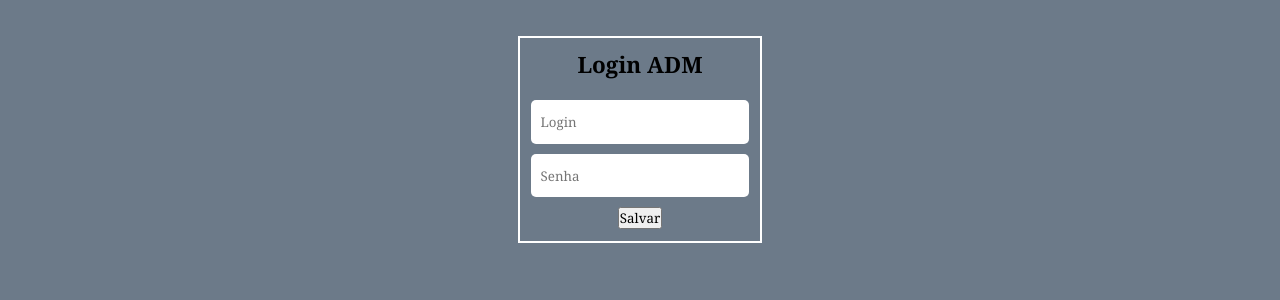
Repository: ArthurKJun/ProjetoCantinaEclipse
Page: http://localhost/arsan/loginAdministrador.jsp
These files come from the project's save history. The page is drawn as it stood at one moment and after the next save; the edit follows.
The browser window is 1280 px wide. The pictures show the whole page.
The page is served by Tomcat 9. Other server files are loaded and not shown.

Above is the page before, as saved 2023-11-03 23:39:42.

### arsan/src/main/webapp/loginAdministrador.jsp
<%@ page language="java" contentType="text/html; charset=ISO-8859-1"
	pageEncoding="ISO-8859-1"%>
<!DOCTYPE html>
<html>
<head>

<meta charset="ISO-8859-1">

<link rel="stylesheet" href="./Estilos/style.css">

<title>Arsan Food Management</title>

</head>
<body>

	<div class="container-geral">


		<div id="form-container">

			<div id="form-inner">

				<form action="validarUsuarioAdmin.jsp" method="POST" id="register-form">
					<h3>Login ADM</h3>
					<div id="name-container">

						<input type="text" name="nome" id="nome" placeholder="Login">

					</div>

					<input type="password" name="senha" id="senha" placeholder="Senha">

                    <button  class="soButton" onclick="Validar()">Salvar</button>

				</form>

			</div>

		</div>
	</div>

	<script>

    function logar(){
    	event.preventDefault();

    	let login = document.getElementById('login')
    	if(login.value == ''){
    		alert('Informe o login')
    		login.focus()
    		return
    	}

    	let senha = document.getElementById('senha')
    	if(senha.value == ''){
    		alert('Informe a senha')
    		senha.focus()
    		return
    	}
    	document.getElementsByTagName('form')[0].submit()
    }

    </script>

</body>
</html>

### arsan/src/main/webapp/Estilos/style.css
*{
    margin: 0;
    padding: 0;
    box-sizing: border-box;
    font-family: Georgia;

}

body{
    display: flex;
    flex-wrap: wrap;
}

.container-geral{

    width: 100vw;
    height: 100vh;
    background: #6c7a89;
    display: flex;
    flex-direction: row;
    justify-content: center;
    align-items: center;

}
.logo-container{

    display: flex;
    position: absolute;
    top: 40%;
    flex-direction: column;
}

.logo-container img{
    padding: 1rem;
    border-radius: 50%;
    height: 400px;
}

#form-container{
    display: flex;
    position: absolute;
    flex-direction: column;
    flex-wrap: wrap;
    top: 5%;
}

#register-form{

    border: 2px solid white;
    padding: .7rem;
    align-items: center;
    display: flex;
    flex-direction: column;
    font-size: larger;
}

#register-form h3{
    margin-bottom: 20px;
}

#register-form input{

    padding: 0.8rem 0.6rem;
    border: none;
    border-radius: 5px;
    margin-bottom: 10px;
}


#register-form input[type="submit"]{
    background-color: transparent;
    color: #fff;
    border: 2px solid #fff;
    font-size: 1.1rem;
    font-weight: bold;
    cursor: pointer;
    transition: .4s;
}

#register-form input[type="submit"]:hover{
    background-color: #fff;
    color: black;
}

/*---------------------------------------------------------*/
/* tela de entrada */

h1{
    background-color: #6c7a89;
    width: 100%;
    text-align: center;
    font-size: 50px;
    color: rgb(204, 198, 198);
}

.container-porta-cards{

    background-color: #475061;
    display: flex;
    width: 535px;
    height: 550px;
    border: 2px solid white;
    flex-wrap: wrap;
    align-items: center;
    padding: 1rem;
    margin-top: 2rem;

}

.card{

    background-color: #9ca5af;
    display: flex;
    padding: .5rem;
    margin: .5rem;
    width: 150px;
    height: 150px;
    border: 2px solid white;
    flex-direction: column;
    text-align: center;
    align-items: center;
    transition: .4s;

}

.container-porta-cards-2 :active{
    background-color: aqua;
}



.container-porta-cards :hover{

    background-color: #6c7a89;
    cursor: pointer;
}

.card img{

    margin-top: 10px;
    width: 100px;
    height: 100px;
    border-radius: 20%;
    transition: .4s;
}

#venda{

    width: 480px;
    height: 150px;
}

.container-geral-entrada{

    width: 100vw;
    height: calc(100vh + 200px);
    background: #9ca5af;
    display: flex;
    flex-direction: row;
    justify-content: center;


}

/* area de vendas */

.container-porta-cards-2{

    flex: 1.4;
    background-color: #475061;
    border: 2px solid white;
    flex-wrap: wrap;
    align-items: center;
    padding: 1rem;
    display: flex;
}

.container-porta-cards-2 :hover{

    background-color: #6c7a89;
    cursor: pointer;
}

.container-lista-vendas{
    height: 36.9rem;
    margin-right: 2rem;
    margin: 1rem;
    flex: 1;
    background-color: #475061;
    border: 2px solid white;
    flex-wrap: wrap;
    position: relative;
    padding: 1rem;
}

.container-geral-3{

    gap: 1rem;
    width: 100vw;
    height: 100vh;
    background: #9ca5af;
    display: flex;
    flex-direction: row;
    justify-content: center;
    align-items: center;

}

table{

    margin-top: 1rem;
    position: absolute;
    margin-left: 2rem;

}
table th {

    padding: .5rem;
    width: 200px;
    background-color: #6c7a89;
    border-radius: 10px;

}

table td{
    text-align: center;
    padding: 0.5rem;
    background-color: #6c7a89;
    border-radius: 10px;
}

.bExcluir{
    background-color: transparent;
}

.excluir{
    background-color: transparent;
    border-radius: 5px;
}

.excluir img{
    width: 1rem;
}

tfoot td{
    font-weight: bold;

}

/* tela cadastro cliente */

.container-geral-4{

    width: 100vw;
    height: 100vh;
    background: #9ca5af;
    flex-direction: column;
    justify-content: center;
    align-items: center;
    display: flex;

}

.inputs-cadastro{


    flex: 1;
    text-align: center;

}

.inputs-cadastro input{

    padding: 0.5rem;
    margin: 0.5rem;
    border-radius: 10px;

}

.inputs-cadastro h3{

    margin-top: 1rem;


}

.inputs-cadastro button{

    padding: 0.5rem;
    margin: 1rem;
    font-size: large;
    background-color: #9ca5af;
    border: none;
    border-radius: 10px;

}

.inputs-cadastro button:hover{

    background-color: #fff;
    color: black;
    cursor: pointer;
}

.inputButton:hover{

    background-color: #fff;
    color: black;
    cursor: pointer;
}

.container-porta-cards-cad{

    background-color: #6c7a89;
    width: 400px;
    height: 500px;
    color:#040405;
    justify-items: center;
    margin-top: 2rem;

}

.cliente{

    background-color: #9ca5af;
    margin: 1rem;
    border-radius: 5px;

}

a{
    text-decoration: none;
    color: #040405;
}

.container-geral-4 h1{

    margin-top: -4rem;

}

.produto{

    background-color: #9ca5af;
    margin: 1rem;
    border-radius: 5px;
}

.container-porta-cards-cad-fornecedor{

    background-color: #6c7a89;
    width: 400px;
    height: 500px;
    color:#040405;
    justify-items: center;
    margin-top: 1rem;
}

.inputs-cadastro-for{

    flex: 1;
    text-align: center;

}

.inputs-cadastro-for input{

    padding: 0.5rem;
    margin: 0.5rem;
    border-radius: 10px;
}

.inputs-cadastro-for button{

    padding: 0.5rem;
    margin: .5rem;
    font-size: large;
    background-color: #9ca5af;
    border: none;
    border-radius: 10px;

}

.inputs-cadastro-for button:hover{

    background-color: #fff;
    color: black;
    cursor: pointer;
}

.fornecedor{
    background-color: #9ca5af;
    margin: 1rem;
    border-radius: 5px;
}

After the next save:
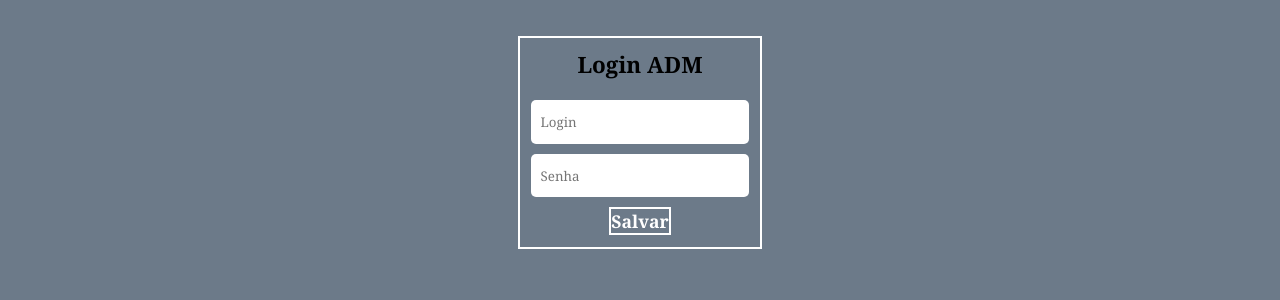
Saved 2 min 12 s later.
--- a/arsan/src/main/webapp/loginAdministrador.jsp
+++ b/arsan/src/main/webapp/loginAdministrador.jsp
@@ -30,7 +30,7 @@
 
 					<input type="password" name="senha" id="senha" placeholder="Senha">
 
-                    <button  class="soButton" onclick="Validar()">Salvar</button>
+                    <button  id="soButton" onclick="Validar()">Salvar</button>
 
 				</form>
 
--- a/arsan/src/main/webapp/Estilos/style.css
+++ b/arsan/src/main/webapp/Estilos/style.css
@@ -64,6 +64,16 @@
     border: none;
     border-radius: 5px;
     margin-bottom: 10px;
+}
+
+#soButton{
+    background-color: transparent;
+    color: #fff;
+    border: 2px solid #fff;
+    font-size: 1.1rem;
+    font-weight: bold;
+    cursor: pointer;
+    transition: .4s;
 }
 
 

After the save that followed:
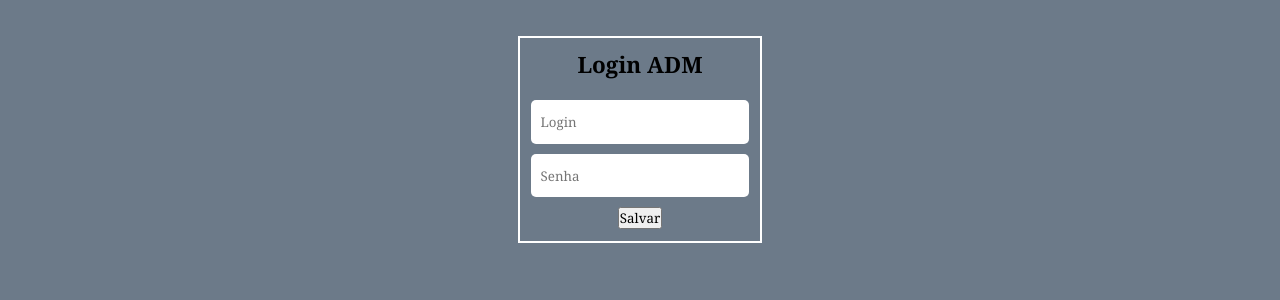
Saved 14 s later.
--- a/arsan/src/main/webapp/Estilos/style.css
+++ b/arsan/src/main/webapp/Estilos/style.css
@@ -66,7 +66,7 @@
     margin-bottom: 10px;
 }
 
-#soButton{
+#soButton button{
     background-color: transparent;
     color: #fff;
     border: 2px solid #fff;
